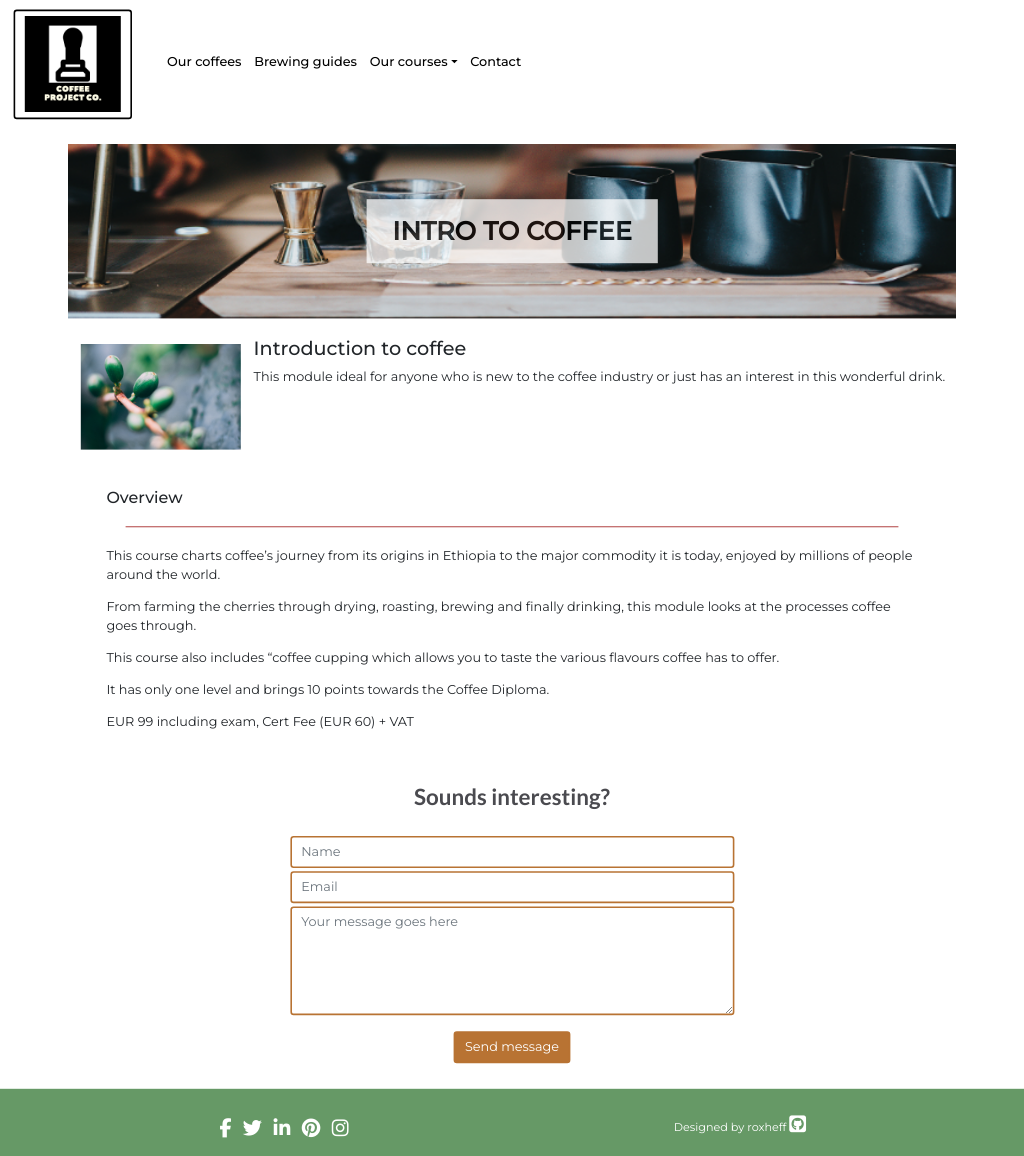
Repository: roxanahefferon/M1
Page: intro.html
The author's editor kept a record of every edit. The page is drawn from the files as they stood at one moment, then again after the next edit.
The browser window is 1280 px wide. The pictures show the whole page, at 80% of full size.
Some web libraries are served in a nearby version.

Above is the page before.

### intro.html
<!DOCTYPE html>
<html lang="en">

<head>
    <meta charset="UTF-8">
    <meta name="viewport" content="width=device-width, initial-scale=1.0">
    <meta http-equiv="X-UA-Compatible" content="ie=edge">
    <link rel="stylesheet" href="https://maxcdn.bootstrapcdn.com/bootstrap/4.0.0/css/bootstrap.min.css" integrity="sha384-Gn5384xqQ1aoWXA+058RXPxPg6fy4IWvTNh0E263XmFcJlSAwiGgFAW/dAiS6JXm" crossorigin="anonymous">
    <script src="https://kit.fontawesome.com/877201db70.js" crossorigin="anonymous"></script>
    <link rel="stylesheet" href="assets/css/style.css" type="text/css" />
    <title>Coffee Project Co.</title>
</head>

<body>

    <header>

        <! --- navbar --->

        <nav class="navbar navbar-expand-sm navbar-light fixed-top"> <a class="navbar-brand" href="index.html"> <img src="./assets/images/coffee-project-logo.png" width="120px" alt="bbb-logo"></a>
            <button class="navbar-toggler" type="button" data-toggle="collapse" data-target="#collapsibleNavbar">
    <span class="navbar-toggler-icon"></span>
  </button>
            <div class="collapse navbar-collapse " id="collapsibleNavbar">
                <ul class="navbar-nav">
                    <li class="nav-item">
                        <a class="nav-link" href="coffees.html">Our coffees</a>
                    </li>
                    <li class="nav-item">
                        <a class="nav-link" href="brewing.html">Brewing guides</a>
                    </li>
                    <li class="nav-item dropdown">
                        <a class="nav-link dropdown-toggle" href="#" id="navbardrop" data-toggle="dropdown">Our courses</a>
                        <div class="dropdown-menu">
                            <a class="dropdown-item" href="intro.html">Intro to coffee</a>
                            <a class="dropdown-item" href="barista-sca.html">Barista SCA</a>
                            <a class="dropdown-item" href="brewing-sca.html">Brewing SCA</a>
                        </div>
                    </li>
                    <li class="nav-item">
                        <a class="nav-link" href="contact.html">Contact</a>
                    </li>
                </ul>
            </div>
        </nav>

    </header>


    <! --- main section --->

    <div class="container main-container">
        <div class="container main-landing">
            <div class="row no-gutters">
                <div class="col">
                    <img src="./assets/images/our-courses.png" alt="roasted coffee beans image" width=100% height=auto>
                    <p class="ph-landing">Intro to Coffee</p>
                </div>
            </div>
        </div>
    </div>
    <br>

    <! --- media object --->

    <div class="container">
        <div class="row no-gutters">
            <div class="col-12">

                <div class="media">
                    <img src="./assets/images/intro-coffee-sca.png" alt="green coffee beans image" class="align-self-center mx-3 mt-2" style="width:200px">
                    <div class="media-body">
                        <h4>Introduction to coffee</h4>
                        <p>This module ideal for anyone who is new to the coffee industry or just has an interest in this wonderful drink.</p>
                    </div>
                </div>
            </div>
        </div>
    </div>


<! --- overview-section --->

    <div class="container">
        <div class="row no-gutters">
            <div class="col-12">
                <div class="sca-content">
                    <h5>Overview</h5>
                    <hr class="section-divider">
                    <p>This course charts coffee’s journey from its origins in Ethiopia to the major commodity it is today, enjoyed by millions of people around the world.</p>
                    <p>From farming the cherries through drying, roasting, brewing and finally drinking, this module looks at the processes coffee goes through.</p>
                    <p>This course also includes “coffee cupping which allows you to taste the various flavours coffee has to offer.</p>
                    <p>It has only one level and brings 10 points towards the Coffee Diploma.</p>
                    <p>EUR 99 including exam, Cert Fee (EUR 60) + VAT</p>

                </div>
            </div>
        </div>
    </div>

    <div class="container">
        <div class="row no-gutters">
            <div class="col-6 offset-3">
                <h3 class="text-center form-heading">Sounds interesting?</h3>
                <form>
                    <input type="text" name="name" id="fullname" class="form-control" placeholder="Name" required />
                    <input type="email" name="email" id="emailaddress" class="form-control" placeholder="Email" required />
                    <textarea rows="5" name="message" id="message" class="form-control" placeholder="Your message goes here" required></textarea>
                    <div class="form-row text-center">
                        <div class="col">
                            <button type="submit" class="btn my-button my-border">Send message</button>
                        </div>
                </form>
                </div>
            </div>
        </div>
    </div>


    <! --- footer --->

    <footer>
      <div class="footer">

        <div class="container">
          <div class="row">

            <div class="col-6 media d-inline-flex justify-content-center">
              <ul class="list-inline">
                <li class="list-inline-item">
                  <a href="https://www.facebook.com/" target="_blank">
<i class="fab fa-facebook-f" aria-hidden="true"></i>
<span class="sr-only">Facebook</span>
</a>
                </li>
                <li class="list-inline-item">
                  <a href="https://twitter.com/" target="_blank">
<i class="fab fa-twitter" aria-hidden="true"></i>
<span class="sr-only">Twitter</span></a>
                </li>
                <li class="list-inline-item">
                  <a href="https://www.linkedin.com" target="_blank">
<i class="fab fa-linkedin-in" aria-hidden="true"></i>
<span class="sr-only">LinkedIn</span>
</a>
                </li>
                <li class="list-inline-item">
                  <a href="https://www.pinterest.com/" target="_blank">
<i class="fab fa-pinterest" aria-hidden="true"></i>
<span class="sr-only">Pinterest</span>
</a>
                </li>
                <li class="list-inline-item">
                  <a href="https://www.instagram.com/" target="_blank">
<i class="fab fa-instagram" aria-hidden="true"></i>
<span class="sr-only">Instagram</span>
</a>
                </li>

              </ul>
            </div>
            <div class="col-6 my-info d-inline-flex justify-content-center">
              <p>Designed by roxheff <a href="https://github.com/roxanahefferon" target="_blank"><i class="fab fa-github-square aria-hidden="true""></i></p></a>
            </div>
          </div>
        </div>
      </div>
      </div>
      </div>
    </footer>




    <script src="https://code.jquery.com/jquery-3.2.1.slim.min.js" integrity="sha384-KJ3o2DKtIkvYIK3UENzmM7KCkRr/rE9/Qpg6aAZGJwFDMVNA/GpGFF93hXpG5KkN" crossorigin="anonymous"></script>
    <script src="https://cdnjs.cloudflare.com/ajax/libs/popper.js/1.12.9/umd/popper.min.js" integrity="sha384-ApNbgh9B+Y1QKtv3Rn7W3mgPxhU9K/ScQsAP7hUibX39j7fakFPskvXusvfa0b4Q" crossorigin="anonymous"></script>
    <script src="https://maxcdn.bootstrapcdn.com/bootstrap/4.0.0/js/bootstrap.min.js" integrity="sha384-JZR6Spejh4U02d8jOt6vLEHfe/JQGiRRSQQxSfFWpi1MquVdAyjUar5+76PVCmYl" crossorigin="anonymous"></script>
</body>

</html>

### assets/css/style.css
@import url('https://fonts.googleapis.com/css?family=Lato:100,200,300,400,500,600,700|Montserrat:100,200,300,400,500&display=swap');

body {
    margin: 0;
    padding: 0;
    font-family: "Montserrat", sans-serif;
}

/* all pages */

.main-container {
    margin-top: 180px;
    padding: 0;
}

.section-divider {
    background-color: #b22222;
    margin: 1.5rem;
}

.uppercase {
    text-transform: uppercase;
}

/* buttons */

.my-button {
    margin-top: 1rem;
    background-color: #b87333;
    color: #ffffff;
}

.my-button:hover {
    background-color: #4a4a4f;
    color: #ffffff;
    border: 2px solid #4a4a4f;

}

.my-border {
    border: 2px solid #b87333;
    border-radius: 0.25rem;
}

/* headers */

.headers-landing {
    position: relative;
    text-align: center;
}

.ph-landing {
    position: absolute;
    top: 50%;
    left: 50%;
    transform: translate(-50%, -50%);
    padding: 1rem 2rem;
    color: #000;
    background-color: #fff;
    opacity: 0.75;
    text-transform: uppercase;
    font-weight: bold;
    font-size: 1rem;
}

/* all forms */

.form-heading {
    color: #4a4a4f;
    font-family: "Lato", sans-serif;
    font-weight: bolder;
    margin-bottom: 2rem;
}

input[type=text],
input[type=email],
.form-control {
    color: #495057;
    border: 2px solid #b87333;
    border-radius: 0.25rem;
    width: 100%;
    margin-bottom: 0.25rem;
}

/* navbar */

.navbar-brand {
    margin-left: 0.05rem;
    margin-top: 0.25rem;
    border: solid 2px;
    border-color: #000000;
    border-radius: 0.25rem;
    padding: .40rem .75rem;
}

.navbar-light {
    background-color: #ffffff;
}

.navbar fixed-top {
    position: fixed !important;
}

.navbar-brand:hover {
    border-color: #b87333;
}

.navbar .navbar-toggler {
    border: solid 2px;
    border-color: #000000;
}

.navbar .navbar-toggler:hover {
    border-color: #b87333;
}

.dropdown a {
    font-weight: 500;
}

.navbar-nav a {
    font-weight: 500;
}

.dropdown-menu {
    border: solid 2px;
    color: #669966;
}

.dropdown-menu:hover {
    color: #b87333;
}

.navbar-collapse {
    margin-left: 20px;
}

.nav-item a {
    color: #000000;
}

.navbar-light .navbar-nav .nav-link {
    color: #000000;
}

.bgblack {
    background-color: #000000;
    padding: 0;
}

/* jumbotron hero image */

.landing-container {
    background-image: url("https://i.imgur.com/kNQRjOg.png");
    background-position: center;
    background-repeat: no-repeat;
    background-size: cover;
    position: relative;
    -webkit-background-size: cover;
    -moz-background-size: cover;
    -o-background-size: cover;
    display: flex;
    align-items: center;
    justify-content: center;
}

h1 {
    color: #ffffff;
    text-align: center;
}

.jumbotron {
    background-color: rgba(0, 0, 0, 0.75);
}

.jumbotron p {
    color: #ffffff;
    font-size: 1rem;
    text-align: center;
}

.badge-light {
    background-color: #b22222;
    border: none;
    color: #ffffff;
    font-size: 1.5rem;
    margin-left: 0.25rem;
}

.badge-light:hover {
    background-color: #333333;
    border: none;
    color: #000000;
}

.quote-landing {
    color: #b87333;
    text-align: center;
    font-family: "Lora", sans-serif;
    font-weight: 500;
    font-size: 1.2rem;
    margin-top: 1rem;
    padding: 5px;
}

.quote {
    margin-top: 1rem;
    margin-bottom: 1rem;
}

/* about us */

.about {
    color: #fafafa;
    font-weight: lighter;
    margin-bottom: 0.5rem;
    padding: 0.5rem 0;
    border-radius: 0.25rem;
}

.about p {
    margin: 1rem;
    text-align: center;
}

/* our-coffees-landing */

.our-coffees-landing {
    margin-top: 2rem;
    padding: 0;
}

.our-coffees-img {
    padding: 0;
    width: 100%;
    height: auto;
}

/* coffee-single */

.checked {
  color: #b22222;
}

.coffee-rating {
    margin-bottom: 0;
}

.inline-stars {
    padding-right: 3rem;
}

/* landing cards */

.card-header {
    background-color: #ffffff;
    color: #b87333;
    text-align: center;
}

.card-body {
    background-color: #ffffff;
}

.card-text {
    color: #4a4a4f;
    font-weight: lighter;
}

/* landing sca courses */

.sca-section {
    margin-top: 20px;
}

.sca-img {
    padding: 0;
    border: 2px solid;
    border-radius: 0.25rem;
}

/* brewing.html */

.brew-cards {
    background-color: #ffffff;
    border: 2px solid #b87333;
    border-radius: 0.25rem;
}

.brew-cards:hover {
    background-color: #ffffff;
    border: 2px solid #669966;
}

.brew-cards a {
    color: #000000;
    text-decoration: none;
    background-color: #ffffff;
}

.brew-cards a:hover {
    font-size: 20px;
    font-weight: bold;
    color: #669966;
}

/* intro.html */

.sca-content {
    margin: 2rem;
    padding: 1rem;
}

/* quotes */

.media-quotes img{

}

/* footer */

.footer {
    background-color: #669966;
    color: #ffffff;
    font-size: 0.5rem;
    font-family: "Montserrat", sans-serif;
    margin-top: 2rem;
    padding-top: 2rem;
}

.fab {
    color: #ffffff;
    font-size: 14px;
}

.fab:hover {
    font-size: x-large;
}

.my-info p {
    font-size: 14px;
}

/* brewing guides (all .htmls) */

.brewing-container {
    padding: 1rem;
    background-color: #4a4a4f;
    color: #fff;
    border: 1px solid #669966;
    border-radius: 0.25rem;
}

.brewing-container h2 {
    font-family: "Lato", sans-serif;
}

.brewing-download {
    padding-top: 0.5rem;
    font-weight: bold;
    text-align: center;
}

.brewing-download a {
    text-decoration: none;
    color: #b22222;
}

/* contact.html */

.contact-us {
    margin-top: 2rem;
}

.fas {
    color: #b22222;
}

/* media queries */

@media (min-width: 768px) {
    .quote-landing {
        font-size: 2.5rem;
    }
}

@media (min-width: 768px) {
    .footer {
        font-size: 1.5rem;
    }
    .fab {
        font-size: 1.5rem;
    }
    .ph-landing {
        font-size: 2rem;
    }
}

@media (max-width: 576px) {
    .carousel-inner img {
        width: 334px;
        height: 229px;
    }
}

After the next edit:
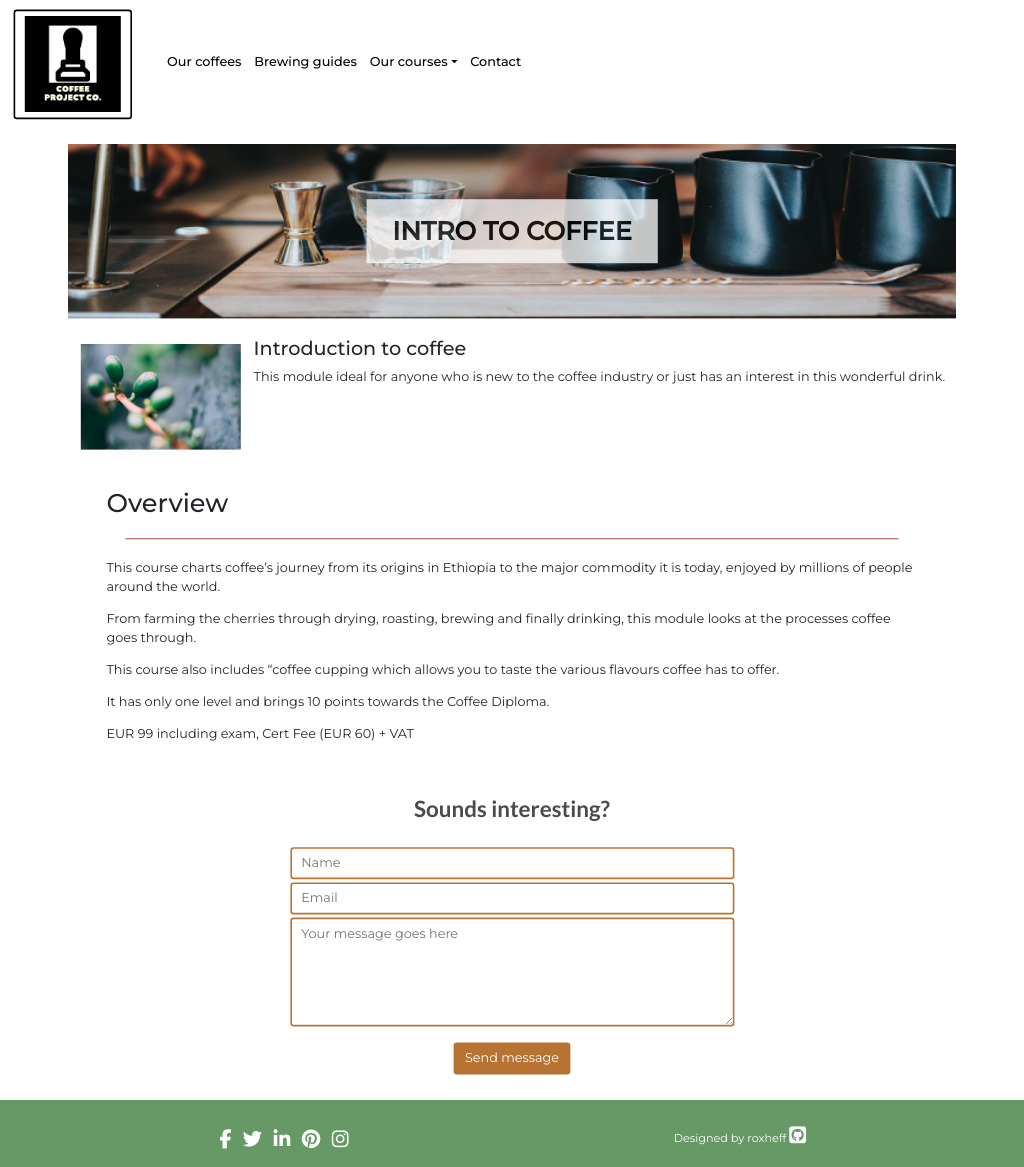
The edit:
--- a/intro.html
+++ b/intro.html
@@ -79,13 +79,13 @@
     </div>
 
 
-<! --- overview-section --->
+    <! --- overview-section --->
 
     <div class="container">
         <div class="row no-gutters">
             <div class="col-12">
                 <div class="sca-content">
-                    <h5>Overview</h5>
+                    <h2>Overview</h2>
                     <hr class="section-divider">
                     <p>This course charts coffee’s journey from its origins in Ethiopia to the major commodity it is today, enjoyed by millions of people around the world.</p>
                     <p>From farming the cherries through drying, roasting, brewing and finally drinking, this module looks at the processes coffee goes through.</p>
@@ -97,6 +97,8 @@
             </div>
         </div>
     </div>
+
+    <! --- form --->
 
     <div class="container">
         <div class="row no-gutters">
@@ -120,53 +122,53 @@
     <! --- footer --->
 
     <footer>
-      <div class="footer">
+        <div class="footer">
 
-        <div class="container">
-          <div class="row">
+            <div class="container">
+                <div class="row">
 
-            <div class="col-6 media d-inline-flex justify-content-center">
-              <ul class="list-inline">
-                <li class="list-inline-item">
-                  <a href="https://www.facebook.com/" target="_blank">
+                    <div class="col-6 media d-inline-flex justify-content-center">
+                        <ul class="list-inline">
+                            <li class="list-inline-item">
+                                <a href="https://www.facebook.com/" target="_blank">
 <i class="fab fa-facebook-f" aria-hidden="true"></i>
 <span class="sr-only">Facebook</span>
 </a>
-                </li>
-                <li class="list-inline-item">
-                  <a href="https://twitter.com/" target="_blank">
+                            </li>
+                            <li class="list-inline-item">
+                                <a href="https://twitter.com/" target="_blank">
 <i class="fab fa-twitter" aria-hidden="true"></i>
 <span class="sr-only">Twitter</span></a>
-                </li>
-                <li class="list-inline-item">
-                  <a href="https://www.linkedin.com" target="_blank">
+                            </li>
+                            <li class="list-inline-item">
+                                <a href="https://www.linkedin.com" target="_blank">
 <i class="fab fa-linkedin-in" aria-hidden="true"></i>
 <span class="sr-only">LinkedIn</span>
 </a>
-                </li>
-                <li class="list-inline-item">
-                  <a href="https://www.pinterest.com/" target="_blank">
+                            </li>
+                            <li class="list-inline-item">
+                                <a href="https://www.pinterest.com/" target="_blank">
 <i class="fab fa-pinterest" aria-hidden="true"></i>
 <span class="sr-only">Pinterest</span>
 </a>
-                </li>
-                <li class="list-inline-item">
-                  <a href="https://www.instagram.com/" target="_blank">
+                            </li>
+                            <li class="list-inline-item">
+                                <a href="https://www.instagram.com/" target="_blank">
 <i class="fab fa-instagram" aria-hidden="true"></i>
 <span class="sr-only">Instagram</span>
 </a>
-                </li>
+                            </li>
 
-              </ul>
+                        </ul>
+                    </div>
+                    <div class="col-6 my-info d-inline-flex justify-content-center">
+                        <p>Designed by roxheff <a href="https://github.com/roxanahefferon" target="_blank"><i class="fab fa-github-square aria-hidden="true""></i></p></a>
+                    </div>
+                </div>
             </div>
-            <div class="col-6 my-info d-inline-flex justify-content-center">
-              <p>Designed by roxheff <a href="https://github.com/roxanahefferon" target="_blank"><i class="fab fa-github-square aria-hidden="true""></i></p></a>
-            </div>
-          </div>
         </div>
-      </div>
-      </div>
-      </div>
+        </div>
+        </div>
     </footer>
 
 
